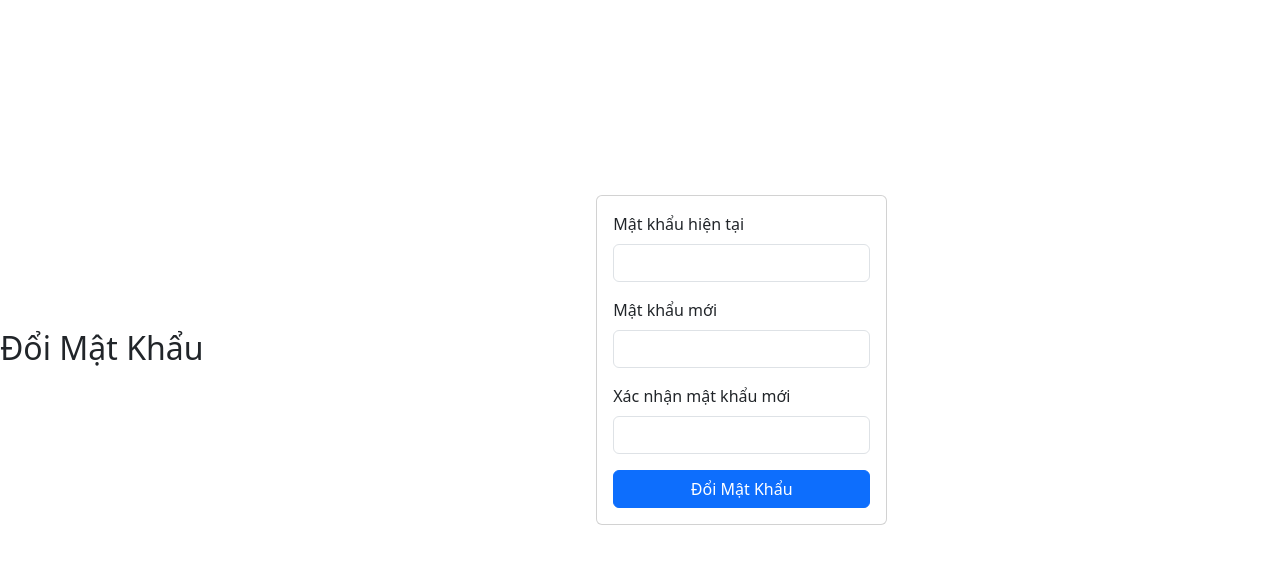
Repository: manhtdxxx/Tour-Booking-Webapp
Page: http://localhost/bookingTour/changepassword.jsp
These files come from the project's save history. The page is drawn as it stood at one moment and after a run of saves; the edit follows.
The browser window is 1280 px wide. The pictures show the whole page.
The page is served by Tomcat 9. Other server files are loaded and not shown.

Above is the page before, as saved 2024-11-10 15:54:30.

### bookingTour/src/main/webapp/changepassword.jsp
<%@ page language="java" contentType="text/html; charset=UTF-8" pageEncoding="UTF-8"%>
<!DOCTYPE html>
<html>
<head>
<title>Đổi mật khẩu</title>
<meta charset="utf-8">
<meta name="viewport" content="width=device-width, initial-scale=1">
<link href="https://cdn.jsdelivr.net/npm/bootstrap@5.3.3/dist/css/bootstrap.min.css"
	rel="stylesheet">
<script src="https://cdn.jsdelivr.net/npm/bootstrap@5.3.3/dist/js/bootstrap.bundle.min.js"></script>
</head>

<body class="d-flex align-items-center justify-content-center vh-100">
	<h2 class="text-center mb-4">Đổi Mật Khẩu</h2>
	<div class="card mx-auto" style="max-width: 400px;">
		<div class="card-body">
			<form action="change-password" method="post">
				<div class="mb-3">
					<label for="currentPassword" class="form-label">Mật khẩu hiện tại</label> <input
						type="password" class="form-control" id="currentPassword" name="currentPassword" required>
				</div>
				<div class="mb-3">
					<label for="newPassword" class="form-label">Mật khẩu mới</label> <input type="password"
						class="form-control" id="newPassword" name="newPassword" required>
				</div>
				<div class="mb-3">
					<label for="confirmPassword" class="form-label">Xác nhận mật khẩu mới</label> <input
						type="password" class="form-control" id="confirmPassword" name="confirmPassword" required>
				</div>
				<button type="submit" class="btn btn-primary w-100">Đổi Mật Khẩu</button>
			</form>
		</div>
	</div>
</body>
</html>

After the next 3 saves:
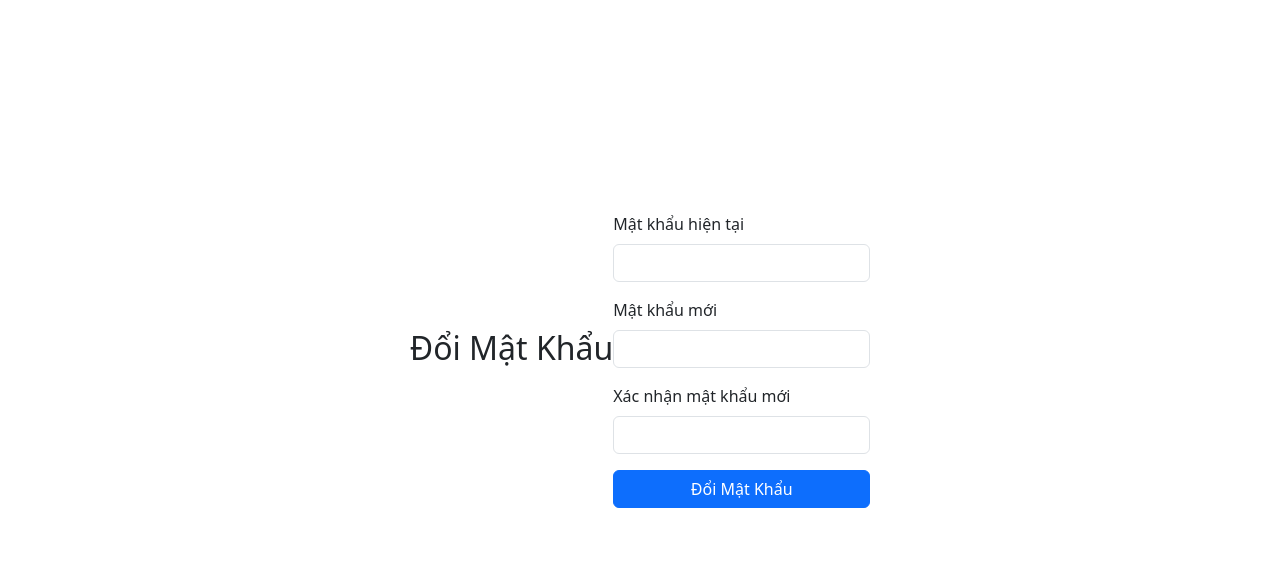
The 3 saves are shown as one change because they came seconds apart.
The last was saved 2 min 37 s later.
--- a/bookingTour/src/main/webapp/changepassword.jsp
+++ b/bookingTour/src/main/webapp/changepassword.jsp
@@ -12,24 +12,21 @@
 
 <body class="d-flex align-items-center justify-content-center vh-100">
 	<h2 class="text-center mb-4">Đổi Mật Khẩu</h2>
-	<div class="card mx-auto" style="max-width: 400px;">
-		<div class="card-body">
-			<form action="change-password" method="post">
-				<div class="mb-3">
-					<label for="currentPassword" class="form-label">Mật khẩu hiện tại</label> <input
-						type="password" class="form-control" id="currentPassword" name="currentPassword" required>
-				</div>
-				<div class="mb-3">
-					<label for="newPassword" class="form-label">Mật khẩu mới</label> <input type="password"
-						class="form-control" id="newPassword" name="newPassword" required>
-				</div>
-				<div class="mb-3">
-					<label for="confirmPassword" class="form-label">Xác nhận mật khẩu mới</label> <input
-						type="password" class="form-control" id="confirmPassword" name="confirmPassword" required>
-				</div>
-				<button type="submit" class="btn btn-primary w-100">Đổi Mật Khẩu</button>
-			</form>
+
+	<form action="change-password" method="post">
+		<div class="mb-3">
+			<label for="currentPassword" class="form-label">Mật khẩu hiện tại</label> <input type="password"
+				class="form-control" id="currentPassword" name="currentPassword" required>
 		</div>
-	</div>
+		<div class="mb-3">
+			<label for="newPassword" class="form-label">Mật khẩu mới</label> <input type="password"
+				class="form-control" id="newPassword" name="newPassword" required>
+		</div>
+		<div class="mb-3">
+			<label for="confirmPassword" class="form-label">Xác nhận mật khẩu mới</label> <input
+				type="password" class="form-control" id="confirmPassword" name="confirmPassword" required>
+		</div>
+		<button type="submit" class="btn btn-primary w-100">Đổi Mật Khẩu</button>
+	</form>
 </body>
 </html>
